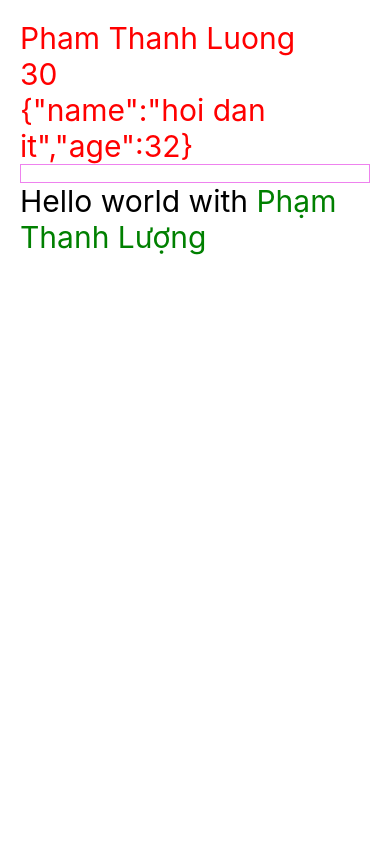
Repository: LuongPTCE181311/React-Native-Ultimate
Screen: /
An editor plug-in stored every save of this project. The screen is shown before and after the next save, followed by the edit.
The app was drawn by React Native's web renderer in a window 390 px wide. The project was rebuilt for these pictures with package versions that can differ from the ones it lists, and the page was loaded fresh each time. Some packages were replaced by stand-ins written for this rebuild.

Above is the screen before, as saved 2026-05-30 15:28:39.

### App.tsx
import { StatusBar } from 'expo-status-bar';
import { useState } from 'react';
import { StyleSheet, Text, TextInput, View } from 'react-native';


export default function App() {

  const [name, setName] = useState<string>("Pham Thanh Luong");

  const [age, setAge] = useState<number>(30);

  const [person, setPerson] = useState<{
    name: string;
    age: number;
  }>({
    name: "hoi dan it",
    age: 32
  })
  return (
    <View style={styles.container}>
      <View>
        <Text style={styles.text} >{name}</Text>
        <Text style={styles.text} >{age}</Text>
        <Text style={styles.text} >{JSON.stringify(person)}</Text>
        <TextInput style={styles.borderInput}/>
      </View>
      <Text style={styles.text2}>Hello world with
        <Text style={styles.greenColor}> Phạm Thanh Lượng</Text>
      </Text>
    </View>
  );
}

const styles = StyleSheet.create({
  greenColor: {
    color: "green"
  },
  text: {
    fontSize: 30,
    color: "red"
  },
  text2: {
    fontSize: 30
  },
  container: {
    flex: 1,
    backgroundColor: '#fff',
    // alignItems: 'center',
    // justifyContent: 'center'
    padding: 20,
  },
  borderInput: {
    borderColor: "violet",
    borderWidth: 1
  }
});

Loaded but not shown: index.ts (common file)

After the next save:
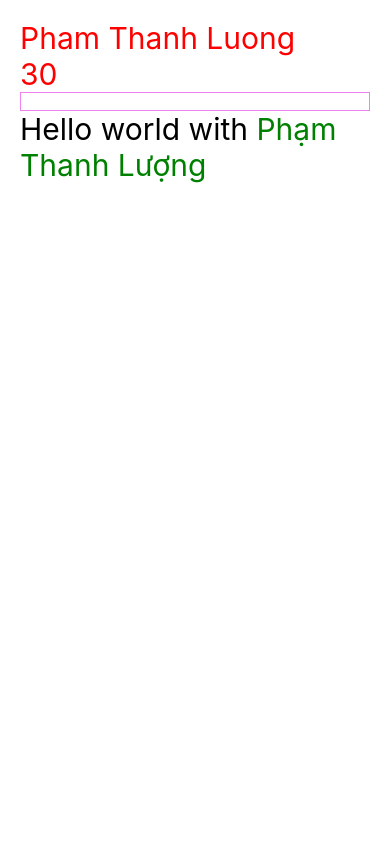
Saved 12 s later.
--- a/App.tsx
+++ b/App.tsx
@@ -21,7 +21,7 @@ export default function App() {
       <View>
         <Text style={styles.text} >{name}</Text>
         <Text style={styles.text} >{age}</Text>
-        <Text style={styles.text} >{JSON.stringify(person)}</Text>
+        {/* <Text style={styles.text} >{JSON.stringify(person)}</Text> */}
         <TextInput style={styles.borderInput}/>
       </View>
       <Text style={styles.text2}>Hello world with
